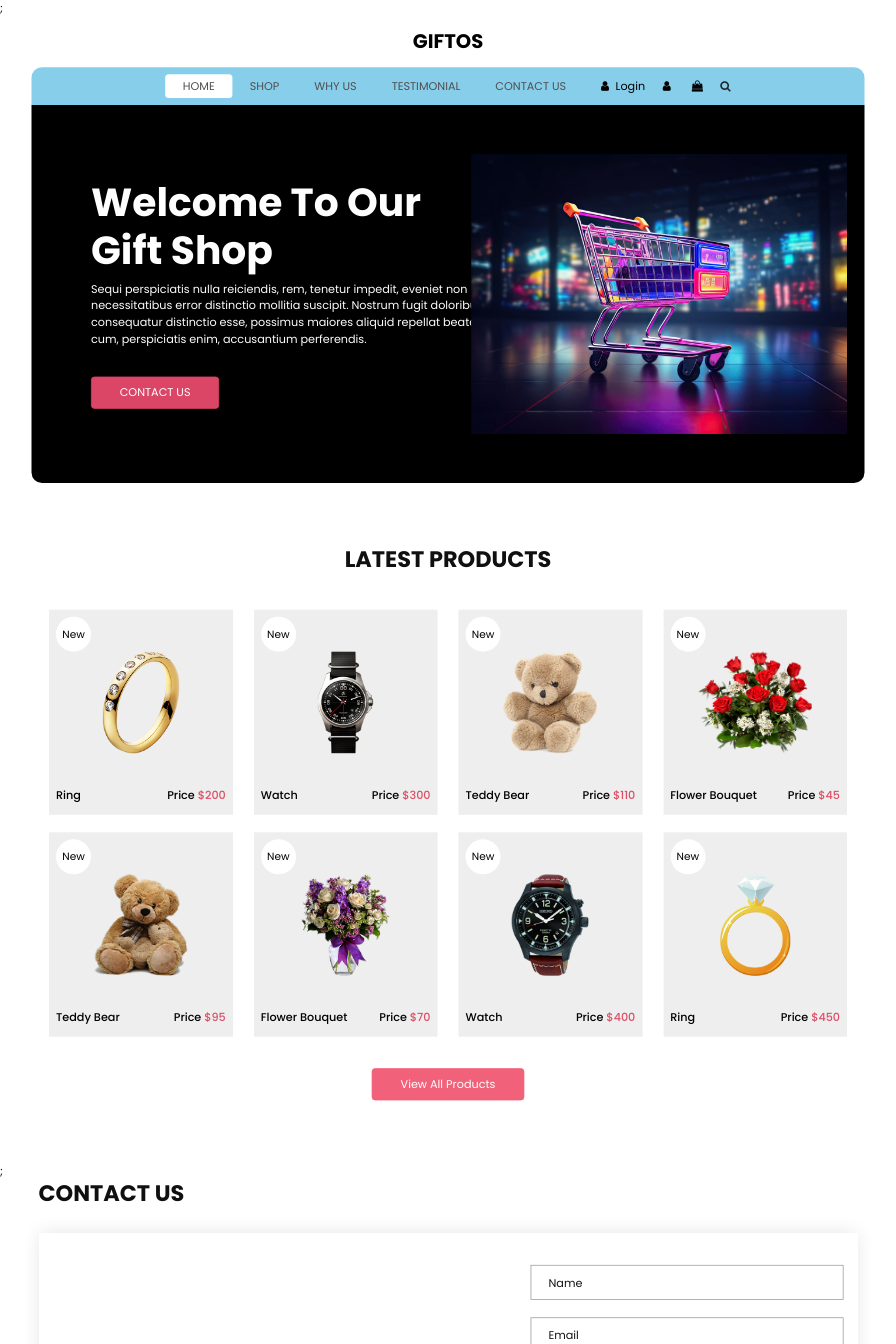
Repository: tanimtanzilislam/ecommerce_project_laravel
Page: http://localhost/
These files come from the project's save history. The page is drawn as it stood at one moment and after the next save; the edit follows.
The browser window is 1280 px wide. The pictures show the part of the page from y = 0 to 1920 px (the page is 2902 px tall), at 70% of full size.
Pictures or frames that could not be fetched are drawn as grey boxes. The page is served by the project's Laravel application, run on PHP 8.4 with Laravel 12. Other server files are loaded and not shown.

Above is the page before, as saved 2025-06-14 17:03:34.

### routes/web.php
<?php

use App\Http\Controllers\ProfileController;
use Illuminate\Support\Facades\Route;
use App\Http\Controllers\HomeController;
route::get('/', [HomeController::class,'home']
);

Route::get('/dashboard', function () {
    return view('dashboard');
})->middleware(['auth', 'verified'])->name('dashboard');

Route::middleware('auth')->group(function () {
    Route::get('/profile', [ProfileController::class, 'edit'])->name('profile.edit');
    Route::patch('/profile', [ProfileController::class, 'update'])->name('profile.update');
    Route::delete('/profile', [ProfileController::class, 'destroy'])->name('profile.destroy');
});

require __DIR__.'/auth.php';

route::get('admin/dashboard',[HomeController::class,'index']);
route::get('admin/dashboard',[HomeController::class,'index'])->middleware(['auth','admin']);

### app/Http/Controllers/HomeController.php
<?php

namespace App\Http\Controllers;

use Illuminate\Http\Request;


class HomeController extends Controller
{
    public function index(){
        return view('admin.index');
    }



    public function home(){
       return view('home.index');

        }

}

### resources/views/home/index.blade.php
<!DOCTYPE html>
<html>

<head>
  @include('home.css');
</head>

<body>
  <div class="hero_area">
    <!-- header section strats -->
   @include('home.header')
    <!-- end header section -->
    <!-- slider section -->
@include('home.slider')

    <!-- end slider section -->
  </div>
  <!-- end hero area -->

  <!-- shop section -->

  @include('home.product');

  <!-- end shop section -->







  <!-- contact section -->

  @include('home.contact')

  <!-- end contact section -->



  <!-- info section -->
@include('home.footer');

</body>

</html>

### resources/views/home/css.blade.php
<!-- Basic -->
  <meta charset="utf-8" />
  <meta http-equiv="X-UA-Compatible" content="IE=edge" />
  <!-- Mobile Metas -->
  <meta name="viewport" content="width=device-width, initial-scale=1, shrink-to-fit=no" />
  <!-- Site Metas -->
  <meta name="keywords" content="" />
  <meta name="description" content="" />
  <meta name="author" content="" />
  <link rel="shortcut icon" href="images/favicon.png" type="image/x-icon">

  <title>
    Giftos
  </title>

  <!-- slider stylesheet -->
  <link rel="stylesheet" type="text/css" href="https://cdnjs.cloudflare.com/ajax/libs/OwlCarousel2/2.3.4/assets/owl.carousel.min.css" />

  <!-- bootstrap core css -->
  <link rel="stylesheet" type="text/css" href="{{asset('css/bootstrap.css')}}" />

  <!-- Custom styles for this template -->
  <link href="{{asset('css/style.css')}}" rel="stylesheet" />
  <!-- responsive style -->
  <link href="{{asset('css/responsive.css')}}" rel="stylesheet" />

### resources/views/home/header.blade.php
 <header class="header_section">
      <nav class="navbar navbar-expand-lg custom_nav-container ">
        <a class="navbar-brand" href="index.html">
          <span>
            Giftos
          </span>
        </a>
        <button class="navbar-toggler" type="button" data-toggle="collapse" data-target="#navbarSupportedContent" aria-controls="navbarSupportedContent" aria-expanded="false" aria-label="Toggle navigation">
          <span class=""></span>
        </button>

        <div class="collapse navbar-collapse" id="navbarSupportedContent">
          <ul class="navbar-nav  ">
            <li class="nav-item active">
              <a class="nav-link" href="index.html">Home <span class="sr-only">(current)</span></a>
            </li>
            <li class="nav-item">
              <a class="nav-link" href="shop.html">
                Shop
              </a>
            </li>
            <li class="nav-item">
              <a class="nav-link" href="why.html">
                Why Us
              </a>
            </li>
            <li class="nav-item">
              <a class="nav-link" href="testimonial.html">
                Testimonial
              </a>
            </li>
            <li class="nav-item">
              <a class="nav-link" href="contact.html">Contact Us</a>
            </li>
          </ul>
          <div class="user_option">
            <a href="{{url('/login')}}">
              <i class="fa fa-user" aria-hidden="true"></i>
              <span>
                Login
              </span>
            </a>

            <a href="{{url('/register')}}">
              <i class="fa fa-user" aria-hidden="true"></i>
              <span>

              </span>
            </a>
            <a href="">
              <i class="fa fa-shopping-bag" aria-hidden="true"></i>
            </a>
            <form class="form-inline ">
              <button class="btn nav_search-btn" type="submit">
                <i class="fa fa-search" aria-hidden="true"></i>
              </button>
            </form>
          </div>
        </div>
      </nav>
    </header>

### resources/views/home/slider.blade.php
 <section class="slider_section">
      <div class="slider_container">
        <div id="carouselExampleIndicators" class="carousel slide" data-ride="carousel">
          <div class="carousel-inner">
            <div class="carousel-item active">
              <div class="container-fluid">
                <div class="row">
                  <div class="col-md-7">
                    <div class="detail-box">
                      <h1>
                        Welcome To Our <br>
                        Gift Shop
                      </h1>
                      <p>
                        Sequi perspiciatis nulla reiciendis, rem, tenetur impedit, eveniet non necessitatibus error distinctio mollitia suscipit. Nostrum fugit doloribus consequatur distinctio esse, possimus maiores aliquid repellat beatae cum, perspiciatis enim, accusantium perferendis.
                      </p>
                      <a href="">
                        Contact Us
                      </a>
                    </div>
                  </div>
                  <div class="col-md-5 ">
                    <div class="img-box">
                      <img style="width:600px" src="images/image3.jpeg" alt="" />
                    </div>
                  </div>
                </div>
              </div>
            </div>

          </div>

        </div>
      </div>
    </section>

### resources/views/home/product.blade.php
<section class="shop_section layout_padding">
    <div class="container">
      <div class="heading_container heading_center">
        <h2>
          Latest Products
        </h2>
      </div>
      <div class="row">
        <div class="col-sm-6 col-md-4 col-lg-3">
          <div class="box">
            <a href="">
              <div class="img-box">
                <img src="images/p1.png" alt="">
              </div>
              <div class="detail-box">
                <h6>
                  Ring
                </h6>
                <h6>
                  Price
                  <span>
                    $200
                  </span>
                </h6>
              </div>
              <div class="new">
                <span>
                  New
                </span>
              </div>
            </a>
          </div>
        </div>
        <div class="col-sm-6 col-md-4 col-lg-3">
          <div class="box">
            <a href="">
              <div class="img-box">
                <img src="images/p2.png" alt="">
              </div>
              <div class="detail-box">
                <h6>
                  Watch
                </h6>
                <h6>
                  Price
                  <span>
                    $300
                  </span>
                </h6>
              </div>
              <div class="new">
                <span>
                  New
                </span>
              </div>
            </a>
          </div>
        </div>
        <div class="col-sm-6 col-md-4 col-lg-3">
          <div class="box">
            <a href="">
              <div class="img-box">
                <img src="images/p3.png" alt="">
              </div>
              <div class="detail-box">
                <h6>
                  Teddy Bear
                </h6>
                <h6>
                  Price
                  <span>
                    $110
                  </span>
                </h6>
              </div>
              <div class="new">
                <span>
                  New
                </span>
              </div>
            </a>
          </div>
        </div>
        <div class="col-sm-6 col-md-4 col-lg-3">
          <div class="box">
            <a href="">
              <div class="img-box">
                <img src="images/p4.png" alt="">
              </div>
              <div class="detail-box">
                <h6>
                  Flower Bouquet
                </h6>
                <h6>
                  Price
                  <span>
                    $45
                  </span>
                </h6>
              </div>
              <div class="new">
                <span>
                  New
                </span>
              </div>
            </a>
          </div>
        </div>
        <div class="col-sm-6 col-md-4 col-lg-3">
          <div class="box">
            <a href="">
              <div class="img-box">
                <img src="images/p5.png" alt="">
              </div>
              <div class="detail-box">
                <h6>
                  Teddy Bear
                </h6>
                <h6>
                  Price
                  <span>
                    $95
                  </span>
                </h6>
              </div>
              <div class="new">
                <span>
                  New
                </span>
              </div>
            </a>
          </div>
        </div>
        <div class="col-sm-6 col-md-4 col-lg-3">
          <div class="box">
            <a href="">
              <div class="img-box">
                <img src="images/p6.png" alt="">
              </div>
              <div class="detail-box">
                <h6>
                  Flower Bouquet
                </h6>
                <h6>
                  Price
                  <span>
                    $70
                  </span>
                </h6>
              </div>
              <div class="new">
                <span>
                  New
                </span>
              </div>
            </a>
          </div>
        </div>
        <div class="col-sm-6 col-md-4 col-lg-3">
          <div class="box">
            <a href="">
              <div class="img-box">
                <img src="images/p7.png" alt="">
              </div>
              <div class="detail-box">
                <h6>
                  Watch
                </h6>
                <h6>
                  Price
                  <span>
                    $400
                  </span>
                </h6>
              </div>
              <div class="new">
                <span>
                  New
                </span>
              </div>
            </a>
          </div>
        </div>
        <div class="col-sm-6 col-md-4 col-lg-3">
          <div class="box">
            <a href="">
              <div class="img-box">
                <img src="images/p8.png" alt="">
              </div>
              <div class="detail-box">
                <h6>
                  Ring
                </h6>
                <h6>
                  Price
                  <span>
                    $450
                  </span>
                </h6>
              </div>
              <div class="new">
                <span>
                  New
                </span>
              </div>
            </a>
          </div>
        </div>
      </div>
      <div class="btn-box">
        <a href="">
          View All Products
        </a>
      </div>
    </div>
  </section>

### resources/views/home/contact.blade.php
<section class="contact_section ">
    <div class="container px-0">
      <div class="heading_container ">
        <h2 class="">
          Contact Us
        </h2>
      </div>
    </div>
    <div class="container container-bg">
      <div class="row">
        <div class="col-lg-7 col-md-6 px-0">
          <div class="map_container">
            <div class="map-responsive">
              <iframe src="https://www.google.com/maps/embed/v1/place?key=AIzaSyA0s1a7phLN0iaD6-UE7m4qP-z21pH0eSc&q=Eiffel+Tower+Paris+France" width="600" height="300" frameborder="0" style="border:0; width: 100%; height:100%" allowfullscreen></iframe>
            </div>
          </div>
        </div>
        <div class="col-md-6 col-lg-5 px-0">
          <form action="#">
            <div>
              <input type="text" placeholder="Name" />
            </div>
            <div>
              <input type="email" placeholder="Email" />
            </div>
            <div>
              <input type="text" placeholder="Phone" />
            </div>
            <div>
              <input type="text" class="message-box" placeholder="Message" />
            </div>
            <div class="d-flex ">
              <button>
                SEND
              </button>
            </div>
          </form>
        </div>
      </div>
    </div>
  </section>

  <br><br><br>

### resources/views/home/footer.blade.php
 <section class="info_section  layout_padding2-top">
    <div class="social_container">
      <div class="social_box">
        <a href="">
          <i class="fa fa-facebook" aria-hidden="true"></i>
        </a>
        <a href="">
          <i class="fa fa-twitter" aria-hidden="true"></i>
        </a>
        <a href="">
          <i class="fa fa-instagram" aria-hidden="true"></i>
        </a>
        <a href="">
          <i class="fa fa-youtube" aria-hidden="true"></i>
        </a>
      </div>
    </div>
    <div class="info_container ">
      <div class="container">
        <div class="row">
          <div class="col-md-6 col-lg-3">
            <h6>
              ABOUT US
            </h6>
            <p>
              Lorem ipsum dolor sit amet, consectetur adipiscing elit, sed doLorem ipsum dolor sit amet, consectetur adipiscing elit, sed doLorem ipsum dolor sit amet,
            </p>
          </div>
          <div class="col-md-6 col-lg-3">
            <div class="info_form ">
              <h5>
                Newsletter
              </h5>
              <form action="#">
                <input type="email" placeholder="Enter your email">
                <button>
                  Subscribe
                </button>
              </form>
            </div>
          </div>
          <div class="col-md-6 col-lg-3">
            <h6>
              NEED HELP
            </h6>
            <p>
              Lorem ipsum dolor sit amet, consectetur adipiscing elit, sed doLorem ipsum dolor sit amet, consectetur adipiscing elit, sed doLorem ipsum dolor sit amet,
            </p>
          </div>
          <div class="col-md-6 col-lg-3">
            <h6>
              CONTACT US
            </h6>
            <div class="info_link-box">
              <a href="">
                <i class="fa fa-map-marker" aria-hidden="true"></i>
                <span> Gb road 123 london Uk </span>
              </a>
              <a href="">
                <i class="fa fa-phone" aria-hidden="true"></i>
                <span>+01 12345678901</span>
              </a>
              <a href="">
                <i class="fa fa-envelope" aria-hidden="true"></i>
                <span> demo@gmail.com</span>
              </a>
            </div>
          </div>
        </div>
      </div>
    </div>
    <!-- footer section -->
    <footer class=" footer_section">
      <div class="container">
        <p>
          &copy; <span id="displayYear"></span> All Rights Reserved By
          <a href="https://html.design/">Web Tech Knowledge</a>
        </p>
      </div>
    </footer>
    <!-- footer section -->

  </section>

  <!-- end info section -->


  <script src="{{asset('js/jquery-3.4.1.min.js')}}"></script>
  <script src="{{asset('js/bootstrap.js')}}"></script>
  <script src="{{asset('https://cdnjs.cloudflare.com/ajax/libs/OwlCarousel2/2.3.4/owl.carousel.min.js')}}">
  </script>
  <script src="{{asset('js/custom.js')}}"></script>

### public/css/responsive.css
@media (max-width: 1120px) {
    .saving_section .detail-box {
        padding: 0;
    }
}

@media (max-width: 992px) {
    .user_option {
        justify-content: center;
        margin-left: 0;
        margin-top: 10px;

    }

    .custom_nav-container {
        flex-direction: row;
    }

    .custom_nav-container .navbar-nav {
        align-items: center;
    }

    #navbarSupportedContent .navbar-nav .nav-link {
        margin: 5px 0;
    }

    .slider_section .detail-box {
        padding-left: 0;
    }

    .slider_section .detail-box h1 {
        font-size: 3rem;
    }

    .slider_section .img-box {
        padding: 0;
    }

    .saving_section .row {
        flex-direction: column-reverse;
    }

    .saving_section .detail-box {

        margin-bottom: 30px;
    }

    .client_section .box {
        margin: 15px 25px;
    }

    .client_section .carousel_btn-box {
        display: flex;
        justify-content: center;
        margin-top: 45px;
    }

    .client_section .carousel-control-prev,
    .client_section .carousel-control-next {
        position: unset;
        margin: 0 2.5px;
        width: 45px;
        height: 45px;
    }
}

@media (max-width: 768px) {
    .hero_area {
        padding: 0 25px;
    }

    .slider_section .img-box {
        margin-bottom: 45px;
    }

    .saving_section,
    .gift_section {
        padding-left: 25px;
        padding-right: 25px;
    }

    .gift_section .box {
        padding: 45px 0;
    }

    .gift_section .img-box {
        padding: 0 15px;
        margin-bottom: 45px;
    }

    .info_section .row>div {
        text-align: center;
        display: flex;
        flex-direction: column;
        align-items: center;

    }

    .info_section {
        margin: 0 25px 25px;
    }


}

@media (max-width: 576px) {
    .contact_section {
        padding-left: 25px;
        padding-right: 25px;
    }
}

@media (max-width: 480px) {

    .saving_section .detail-box,
    .gift_section .detail-box {
        padding: 0 5px;
    }
}

@media (max-width: 420px) {}

@media (max-width: 376px) {}

@media (min-width: 1200px) {
    .container {
        max-width: 1170px;
    }
}

Loaded but not shown: routes/auth.php (common file); app/Http/Controllers/Auth/EmailVerificationPromptController.php (common file); app/Http/Controllers/Controller.php (common file); app/Http/Controllers/Auth/VerifyEmailController.php (common file); public/css/bootstrap.css (library); public/js/jquery-3.4.1.min.js (library); public/js/bootstrap.js (library); public/js/custom.js (common file); public/css/font-awesome.min.css (library); public/css/style.css (856 lines, source omitted)

After the next save:
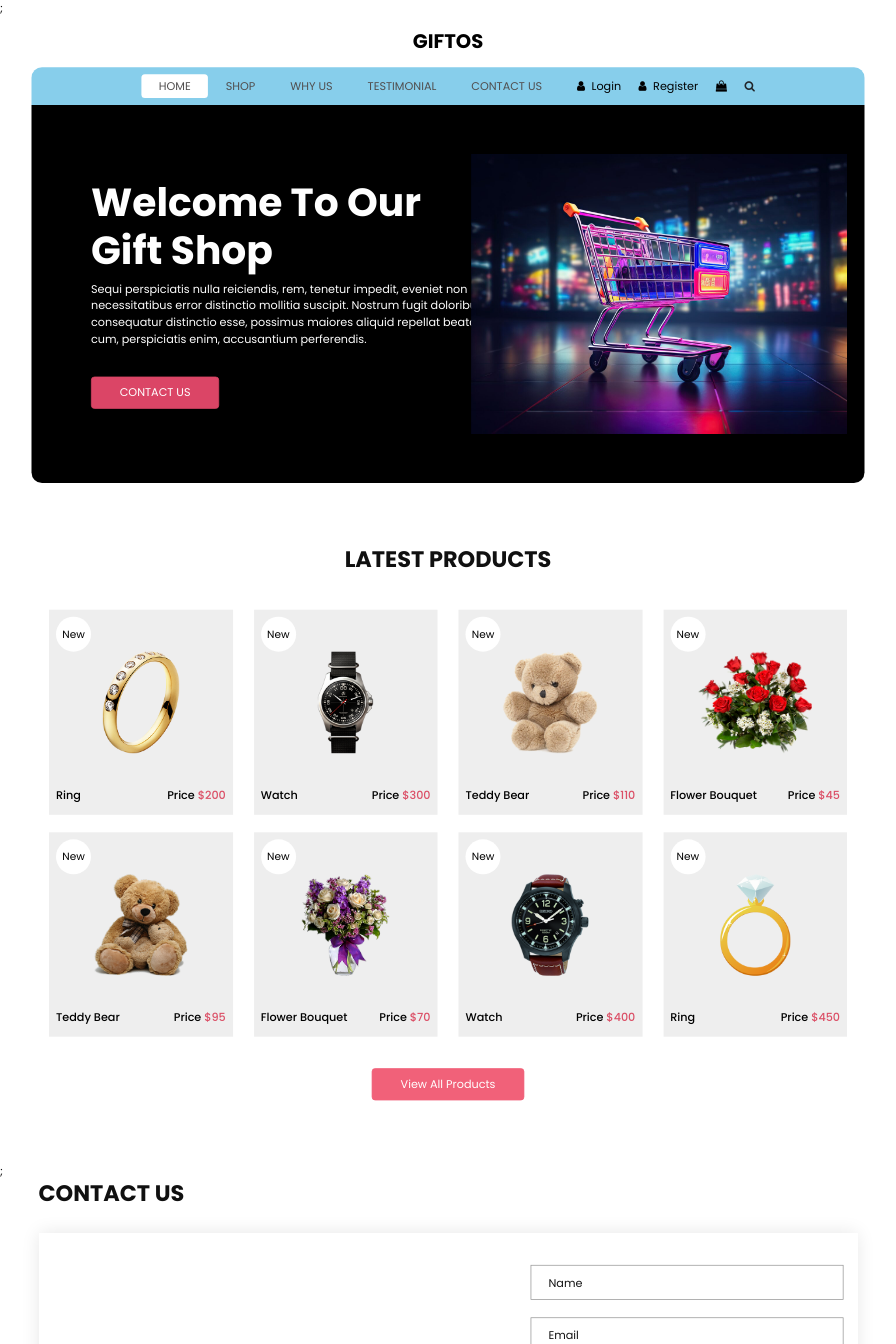
Saved 4 s later.
--- a/resources/views/home/header.blade.php
+++ b/resources/views/home/header.blade.php
@@ -44,7 +44,7 @@
             <a href="{{url('/register')}}">
               <i class="fa fa-user" aria-hidden="true"></i>
               <span>
-
+                Register
               </span>
             </a>
             <a href="">
